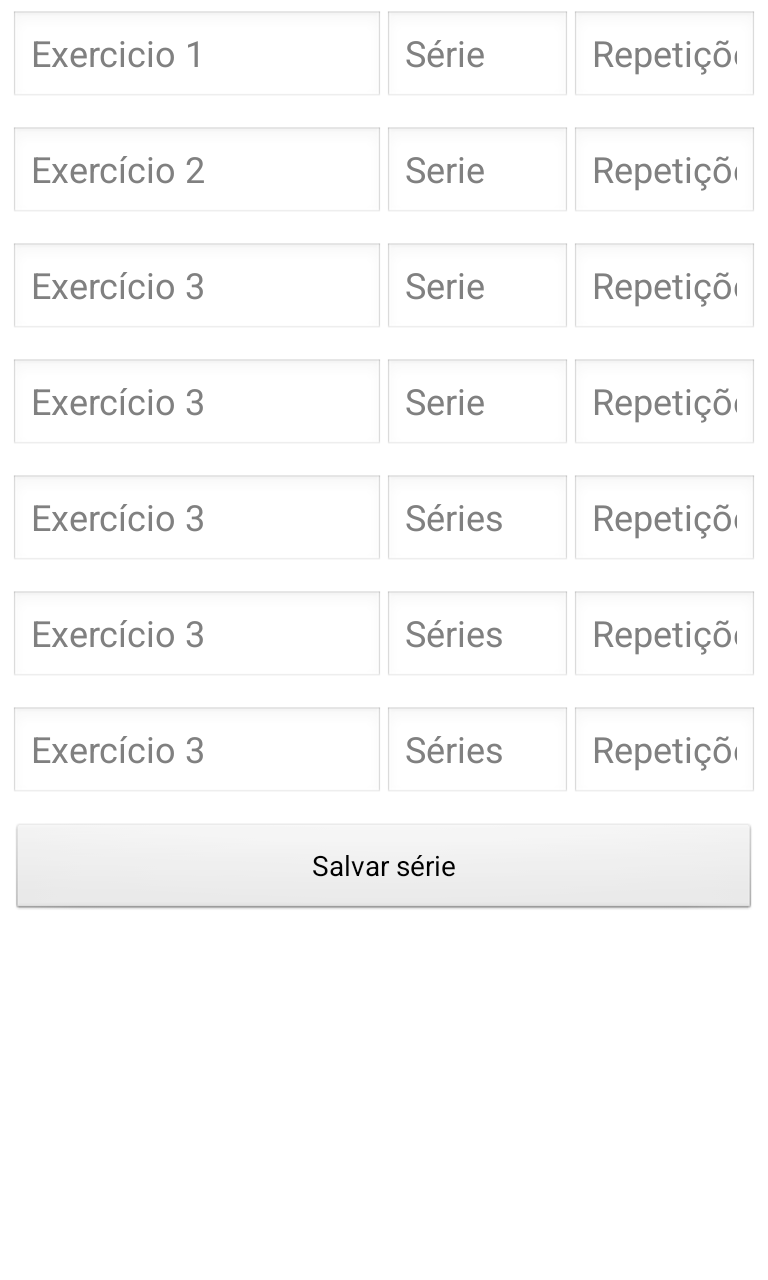
Repository: BrunoDeNadaiSarnaglia/Exame
Layout: Exame/res/layout/activity_nova_serie.xml
An editor plug-in stored every save of this project. The layout is shown before and after the next save, followed by the edit.
It is drawn on a 768 x 1280 px phone screen (xhdpi) without system bars, with theme AppTheme; the app's code is not run.

Above is the layout before, as saved 2013-07-09 20:15:16.

### Exame/res/layout/activity_nova_serie.xml
<TableLayout xmlns:android="http://schemas.android.com/apk/res/android"
    android:id="@+id/tableLayout1"
    android:layout_width="fill_parent"
    android:layout_height="fill_parent" >

    <!-- 3 colunas -->
    <TableRow
        android:id="@+id/tableRow1"
        android:layout_width="wrap_content"
        android:layout_height="wrap_content"
        android:padding="5dip" >

        <EditText android:id="@+id/exercicio1"
        android:layout_weight="2"
        android:layout_width="0dp"
        android:layout_height="wrap_content"
        android:hint="Exercicio 1" />

        <EditText android:id="@+id/series1"
        android:layout_weight="1"
        android:layout_width="0dp"
        android:layout_height="wrap_content"
        android:hint="Série"
        android:inputType="number" />

        <EditText android:id="@+id/repeticoes1"
        android:layout_weight="1"
        android:layout_width="0dp"
        android:layout_height="fill_parent"
        android:hint="Repetições"
        android:inputType="number" />
    </TableRow>

    <TableRow
        android:id="@+id/tableRow2"
        android:layout_width="wrap_content"
        android:layout_height="wrap_content"
        android:padding="5dip" >

        <EditText android:id="@+id/exercicio2"
        android:layout_weight="2"
        android:layout_width="0dp"
        android:layout_height="wrap_content"
        android:hint="@string/exercicio2" />

        <EditText android:id="@+id/series2"
        android:layout_weight="1"
        android:layout_width="0dp"
        android:layout_height="wrap_content"
        android:hint="Serie"
        android:inputType="number" />

        <EditText android:id="@+id/repeticoes2"
        android:layout_weight="1"
        android:layout_width="0dp"
        android:layout_height="wrap_content"
        android:hint="Repetições"
        android:inputType="number" />
    </TableRow>

    <TableRow
        android:id="@+id/tableRow3"
        android:layout_width="wrap_content"
        android:layout_height="wrap_content"
        android:padding="5dip" >

        <EditText android:id="@+id/exercicio3"
        android:layout_weight="2"
        android:layout_width="0dp"
        android:layout_height="wrap_content"
        android:hint="@string/exercicio3" />

        <EditText android:id="@+id/series3"
        android:layout_weight="1"
        android:layout_width="0dp"
        android:layout_height="wrap_content"
        android:hint="Serie"
        android:inputType="number" />

        <EditText android:id="@+id/repeticoes3"
        android:layout_weight="1"
        android:layout_width="0dp"
        android:layout_height="wrap_content"
        android:hint="Repetições"
        android:inputType="number" />
    </TableRow>

    <TableRow
        android:id="@+id/tableRow4"
        android:layout_width="wrap_content"
        android:layout_height="wrap_content"
        android:padding="5dip" >

        <EditText android:id="@+id/exercicio4"
        android:layout_weight="2"
        android:layout_width="0dp"
        android:layout_height="wrap_content"
        android:hint="@string/exercicio3" />

        <EditText android:id="@+id/series4"
        android:layout_weight="1"
        android:layout_width="0dp"
        android:layout_height="wrap_content"
        android:hint="Serie"
        android:inputType="number" />

        <EditText android:id="@+id/repeticoes4"
        android:layout_weight="1"
        android:layout_width="0dp"
        android:layout_height="wrap_content"
        android:hint="Repetições"
        android:inputType="number" />
    </TableRow>

    <TableRow
        android:id="@+id/tableRow5"
        android:layout_width="wrap_content"
        android:layout_height="wrap_content"
        android:padding="5dip" >

        <EditText android:id="@+id/exercicio5"
        android:layout_weight="2"
        android:layout_width="0dp"
        android:layout_height="wrap_content"
        android:hint="@string/exercicio3" />

        <EditText android:id="@+id/series5"
        android:layout_weight="1"
        android:layout_width="0dp"
        android:layout_height="wrap_content"
        android:hint="@string/series3"
        android:inputType="number" />

        <EditText android:id="@+id/repeticoes5"
        android:layout_weight="1"
        android:layout_width="0dp"
        android:layout_height="wrap_content"
        android:hint="Repetições"
        android:inputType="number" />
    </TableRow>

    <TableRow
        android:id="@+id/tableRow6"
        android:layout_width="wrap_content"
        android:layout_height="wrap_content"
        android:padding="5dip" >

        <EditText android:id="@+id/exercicio6"
        android:layout_weight="2"
        android:layout_width="0dp"
        android:layout_height="wrap_content"
        android:hint="@string/exercicio3" />

        <EditText android:id="@+id/series6"
        android:layout_weight="1"
        android:layout_width="0dp"
        android:layout_height="wrap_content"
        android:hint="@string/series3"
        android:inputType="number" />

        <EditText android:id="@+id/repeticoes6"
        android:layout_weight="1"
        android:layout_width="0dp"
        android:layout_height="wrap_content"
        android:hint="Repetições"
        android:inputType="number" />
    </TableRow>

    <TableRow
        android:id="@+id/tableRow7"
        android:layout_width="wrap_content"
        android:layout_height="wrap_content"
        android:padding="5dip" >

        <EditText android:id="@+id/exercicio7"
        android:layout_weight="2"
        android:layout_width="0dp"
        android:layout_height="wrap_content"
        android:hint="@string/exercicio3" />

        <EditText android:id="@+id/series7"
        android:layout_weight="1"
        android:layout_width="0dp"
        android:layout_height="wrap_content"
        android:hint="@string/series3"
        android:inputType="number" />

        <EditText android:id="@+id/repeticoes7"
        android:layout_weight="1"
        android:layout_width="0dp"
        android:layout_height="wrap_content"
        android:hint="Repetições"
        android:inputType="number" />
    </TableRow>

    <TableRow
        android:id="@+id/tableRow8"
        android:layout_width="wrap_content"
        android:layout_height="wrap_content"
        android:padding="5dip" >

        <Button
        	android:layout_weight="1"
        	android:layout_width="wrap_content"
       		android:layout_height="wrap_content"
        	android:text="@string/botao_salvar_serie"
        	android:onClick="sendMessage"/> <!-- Chamar método no NovaSerieActivity -->
    </TableRow>


</TableLayout>

### Exame/res/values/strings.xml
<?xml version="1.0" encoding="utf-8"?>
<resources>

    <string name="app_name">My Second App</string>
    <string name="action_settings">Settings</string>
    <string name="button_send">Send</string>
    <string name="edit_message">Enter a message</string>
    <string name="title_activity_display_message">My Message</string>
    <string name="hello_world">Hello world!</string>
    <string name="title_activity_nova_serie">NovaSerieActivity</string>


    <string name="botao_nova_serie">Nova Série</string>
    <!-- Adicionados para a NovaSerieActivity -->
	<!-- Linha1 -->
	<string name="exercicio1">Exercício 1</string>
	<string name="series1">Séries</string>
	<string name="repeticoes1">Reps</string>
	<!-- Linha2 -->
	<string name="exercicio2">Exercício 2</string>
	<string name="series2">Séries</string>
	<string name="repeticoes2">Reps</string>
	<!-- Linha3 -->
	<string name="exercicio3">Exercício 3</string>
	<string name="series3">Séries</string>
	<string name="repeticoes3">Reps</string>
	<!-- Linha4 -->
	<string name="botao_salvar_serie">Salvar série</string>

</resources>

Loaded but not shown: Exame/res/values/styles.xml (common file)

After the next save:
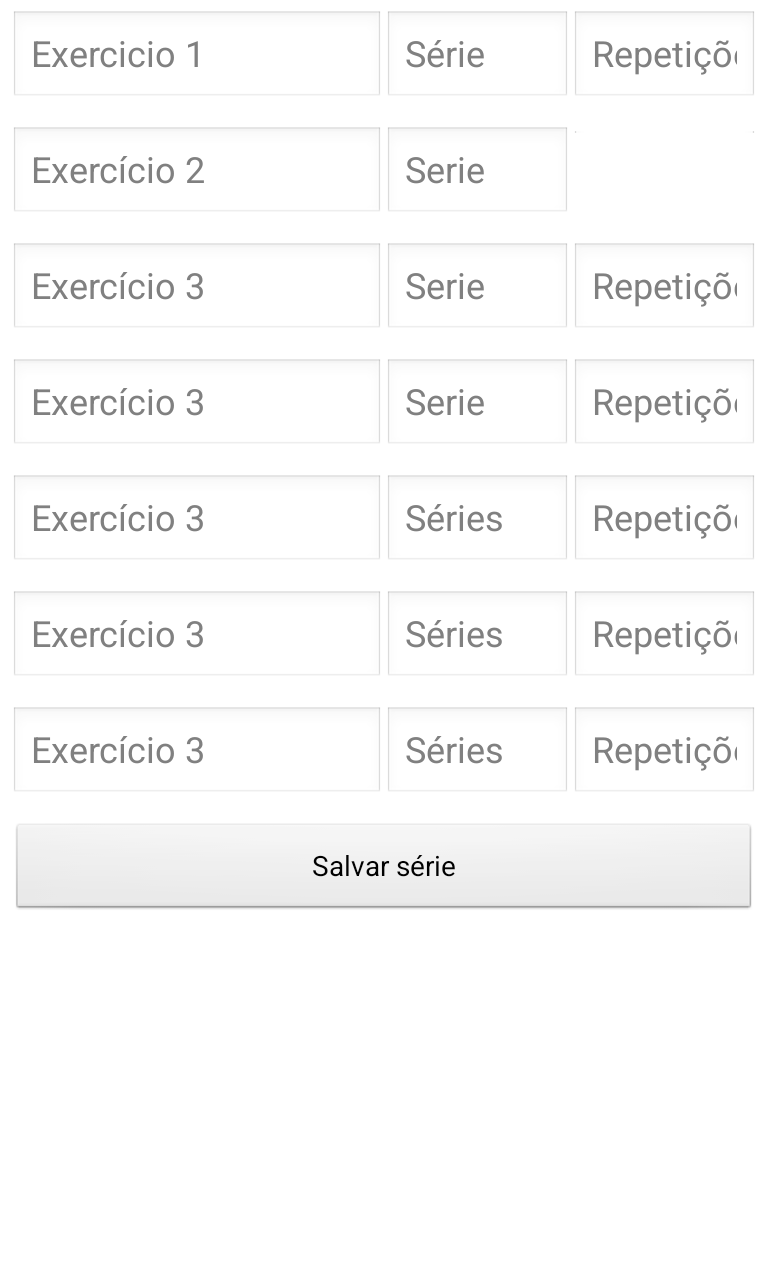
Saved 54 s later.
--- a/Exame/res/layout/activity_nova_serie.xml
+++ b/Exame/res/layout/activity_nova_serie.xml
@@ -53,7 +53,7 @@
         <EditText android:id="@+id/repeticoes2"
         android:layout_weight="1"
         android:layout_width="0dp"
-        android:layout_height="wrap_content"
+        android:layout_height="1"
         android:hint="Repetições"
         android:inputType="number" />
     </TableRow>

After the save that followed:
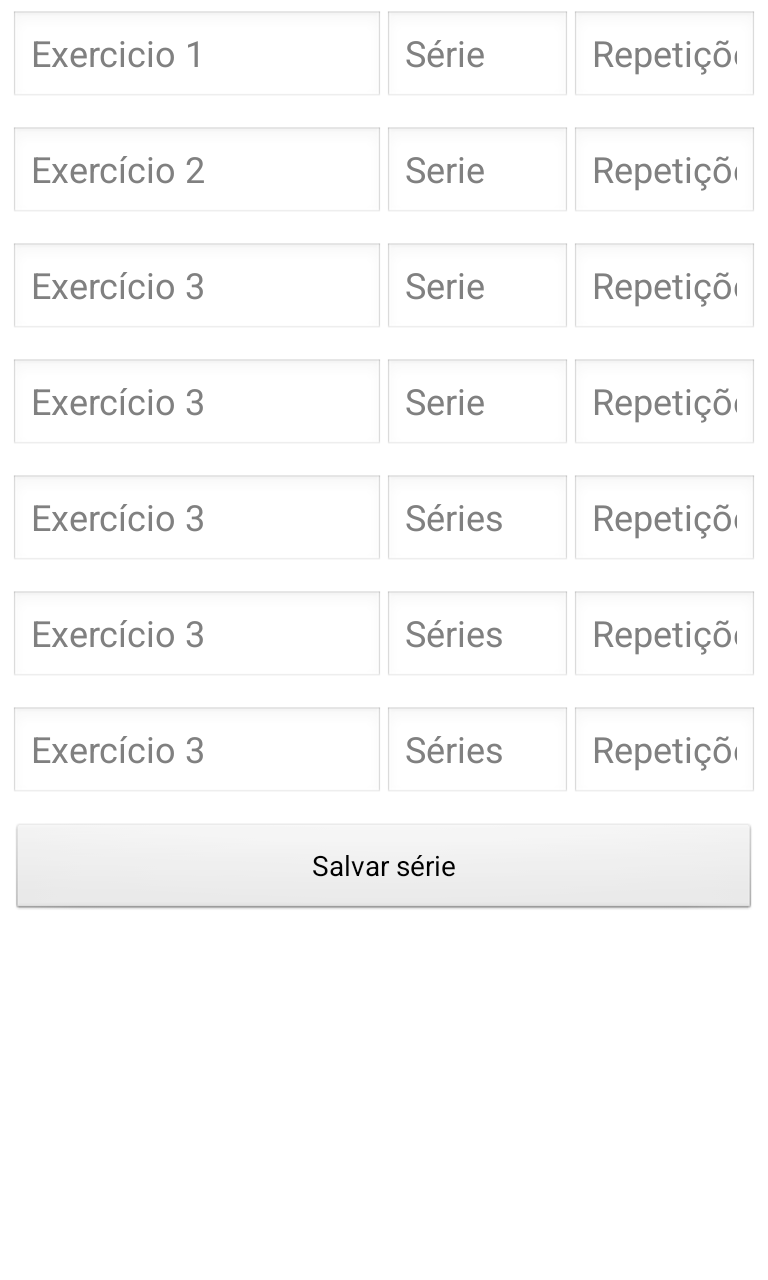
Saved 15 s later.
--- a/Exame/res/layout/activity_nova_serie.xml
+++ b/Exame/res/layout/activity_nova_serie.xml
@@ -53,7 +53,7 @@
         <EditText android:id="@+id/repeticoes2"
         android:layout_weight="1"
         android:layout_width="0dp"
-        android:layout_height="1"
+        android:layout_height="match_parent"
         android:hint="Repetições"
         android:inputType="number" />
     </TableRow>
